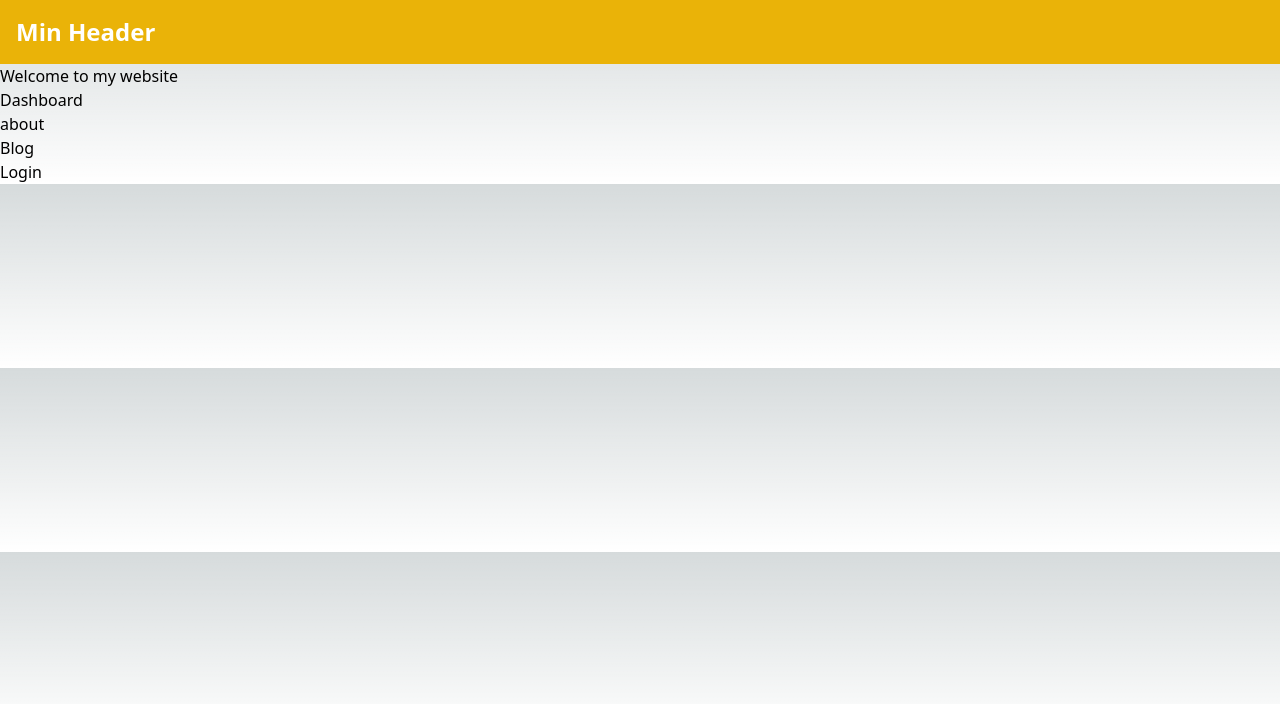
Repository: AlligatorAffe/NextWebsite
Page: /
The author's editor kept a copy of each file at every save. The page is drawn from the files as they stood at one save, then again after a run of saves.
The browser window is 1280 px wide. The pictures show the whole page.
The project was rebuilt for these pictures with package versions that can differ from the ones it lists, and the page was loaded fresh each time. The framework's server and built-in components were replaced by stand-ins that run in the browser. Also part of the build but not shown: next.config.js.

Above is the page before, as saved 2024-01-04 21:17:45.

After the next 2 saves:
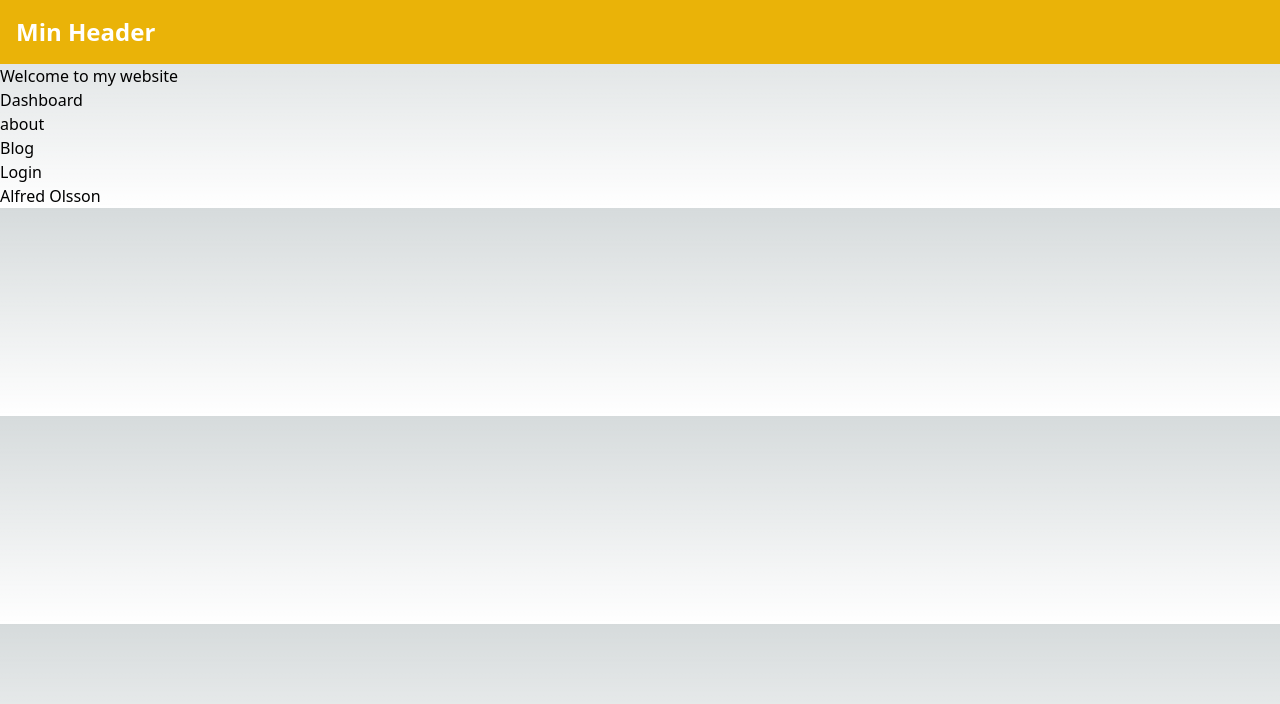
The 2 saves are shown as one change because 1 did not build or start.
The last was saved 4 min 46 s later.
--- a/app/layout.tsx
+++ b/app/layout.tsx
@@ -54,6 +54,9 @@ export default function RootLayout({
           <h1 className="text-2xl font-bold text-white">Min Header</h1>
         </header>
         {children}
+        <footer>
+          <h3>Alfred Olsson</h3>
+        </footer>
       </body>
     </html>
   )
